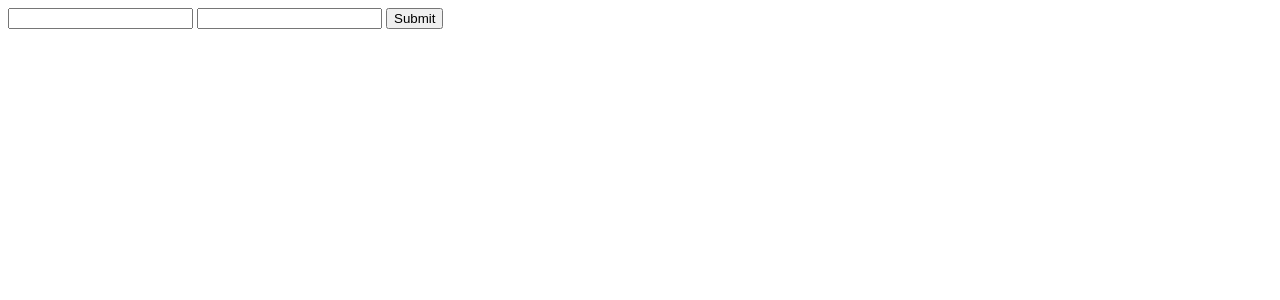
Repository: adityakansara1/JavaContent
Page: SWT1/WebContent/index.html
An editor plug-in stored every save of this project. The page is shown before and after the next save, followed by the edit.
The browser window is 1280 px wide. The pictures show the whole page.

Above is the page before, as saved 2020-08-09 05:49:10.

After the next save:
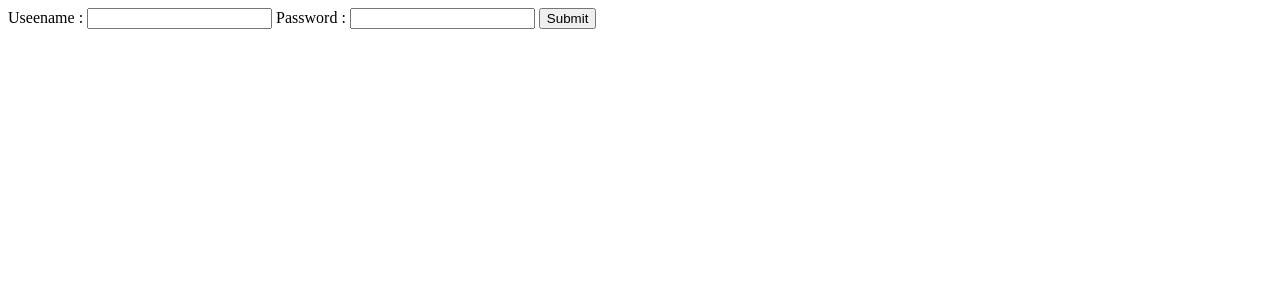
Saved 16 s later.
--- a/SWT1/WebContent/index.html
+++ b/SWT1/WebContent/index.html
@@ -6,8 +6,8 @@
 </head>
 <body>
 	<form action="Servlet" method="post">
-		<input type="email" name="email" required="required">
-		<input type="password" name="password" required="required">
+		Useename : <input type="email" name="email" required="required">
+		Password : <input type="password" name="password" required="required">
 		<input type="submit">
 	</form>
 </body>
